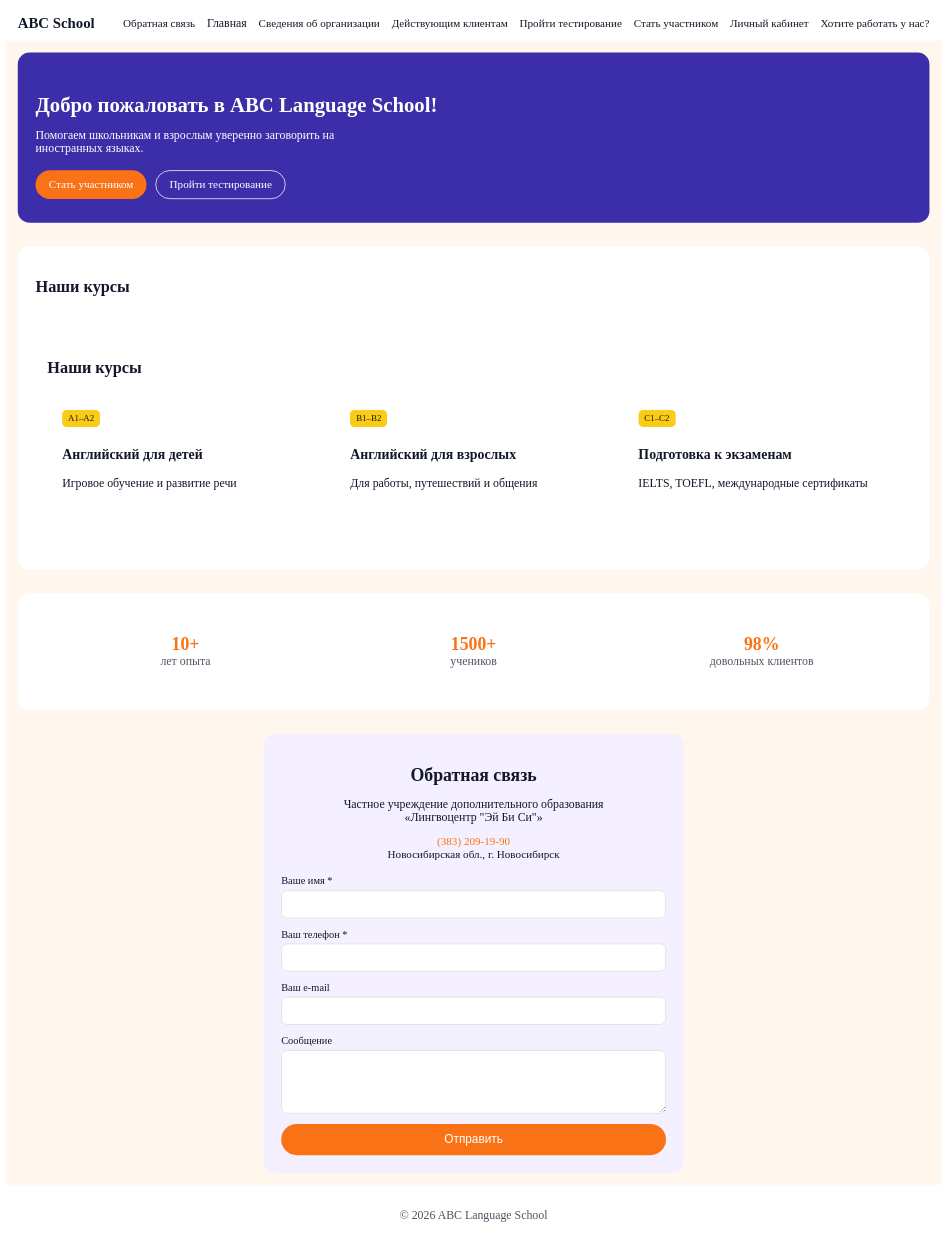
Repository: vidergooold/abc-language-school
Page: / (app in frontend/)
An editor plug-in stored every save of this project. The page is shown before and after the next save, followed by the edit.
The browser window is 1280 px wide. The pictures show the whole page, at 74% of full size.
The project was rebuilt for these pictures with package versions that can differ from the ones it lists, and the page was loaded fresh each time. Also part of the build but not shown: frontend/vite.config.ts, frontend/src/components/courses/CoursesFilter.vue, frontend/src/components/courses/CourseCard.vue, frontend/src/components/courses/CoursesGrid.vue, frontend/src/pages/Courses.vue, frontend/src/pages/Login.vue, frontend/src/pages/Register.vue, frontend/src/components/layout/AccountLayout.vue and 2 more.

Above is the page before, as saved 2026-01-10 19:23:21.

### frontend/src/main.ts
import { createApp } from 'vue'
import App from './App.vue'
import router from './router'
import './styles/theme.css'

import { createPinia } from 'pinia'

const pinia = createPinia()

createApp(App)
  .use(router)
  .use(pinia)
  .mount('#app')

### frontend/src/App.vue
<template>
  <div class="app">
    <Header />
    <main class="app-main">
      <router-view />
    </main>
    <Footer />
    <ScrollToTop />
  </div>
</template>

<script setup lang="ts">
import Header from './components/layout/Header.vue'
import Footer from './components/layout/Footer.vue'
import ScrollToTop from './components/ui/ScrollToTop.vue'
</script>

<style scoped>
.app {
  min-height: 100vh;
  display: flex;
  flex-direction: column;
  background: var(--bg-main);
  color: var(--text-main);
  font-size: var(--font-size-base);
}

.app-main {
  flex: 1;
  padding: 16px;
}
</style>

### frontend/src/router/index.ts
import { createRouter, createWebHistory } from 'vue-router'

import Home from '@/pages/Home.vue'
import Courses from '@/pages/Courses.vue'
import Login from '@/pages/Login.vue'
import Register from '@/pages/Register.vue'

import AccountLayout from '@/components/layout/AccountLayout.vue'
import Profile from '@/pages/account/Profile.vue'

import { useAuthStore } from '@/stores/auth'

const router = createRouter({
  history: createWebHistory(),
  routes: [
    { path: '/', component: Home },

    // заглушка: можно временно показывать Home
    { path: '/organization', component: Home },
    { path: '/clients', component: Home },
    { path: '/testing', component: Home },
    { path: '/enroll', component: Courses }, // «Стать участником» → к курсам/анкетам
    { path: '/jobs', component: Home },

    { path: '/courses', component: Courses },
    { path: '/login', component: Login },
    { path: '/register', component: Register },

    {
      path: '/account',
      component: AccountLayout,
      meta: { requiresAuth: true },
      children: [
        {
          path: '',
          component: Profile,
        },
      ],
    },
  ],
})

router.beforeEach((to) => {
  const auth = useAuthStore()
  if (to.meta.requiresAuth && !auth.token) {
    return '/login'
  }
})

export default router

### frontend/src/styles/theme.css
:root {
  /* Brand */
  --brand-orange: #F97316;
  --brand-red: #EF4444;
  --brand-yellow: #FACC15;
  --font-size-base: 16px;
  --font-size-title: 28px;

  /* Backgrounds */
  --bg-main: #FFF7ED;
  --bg-white: #ffffff;

  /* Text */
  --text-main: #111827;
  --text-secondary: #4B5563;

  /* UI */
  --border-radius: 12px;
  --transition: 0.2s ease-in-out;
}

### frontend/src/components/layout/Header.vue
<template>
  <header class="header">
    <div class="logo">ABC School</div>

    <nav class="nav">
      <RouterLink to="/#feedback" class="nav-item">
        Обратная связь
      </RouterLink>
      <RouterLink to="/">Главная</RouterLink>

      <!-- Сведения об образовательной организации -->
      <div class="nav-item nav-dropdown">
        <span>Сведения об организации</span>
        <div class="nav-dropdown__menu">
          <RouterLink to="/organization#main">Основные сведения</RouterLink>
          <RouterLink to="/organization#structure">
            Структура и управление
          </RouterLink>
          <RouterLink to="/organization#docs">Документы</RouterLink>
          <RouterLink to="/organization#education">Образование</RouterLink>
          <RouterLink to="/organization#staff">Педагогический состав</RouterLink>
          <RouterLink to="/organization#services">
            Платные образовательные услуги
          </RouterLink>
          <RouterLink to="/organization#finance">
            Финансово-хозяйственная деятельность
          </RouterLink>
        </div>
      </div>

      <!-- Действующим клиентам -->
      <div class="nav-item nav-dropdown">
        <span>Действующим клиентам</span>
        <div class="nav-dropdown__menu">
          <RouterLink to="/clients#important">Важная информация</RouterLink>
          <RouterLink to="/clients#holidays">
            Каникулы и выходные дни
          </RouterLink>
          <RouterLink to="/clients#payment">
            Оплата, перерасчет, возврат
          </RouterLink>
          <RouterLink to="/clients#tax">
            Налоговый вычет
          </RouterLink>
        </div>
      </div>

      <!-- Пройти тестирование -->
      <div class="nav-item nav-dropdown">
        <span>Пройти тестирование</span>
        <div class="nav-dropdown__menu">
          <RouterLink to="/testing#1-5">1–5 классы</RouterLink>
          <RouterLink to="/testing#6-8">6–8 классы</RouterLink>
          <RouterLink to="/testing#9-11">
            9–11 классы, взрослые
          </RouterLink>
        </div>
      </div>

      <!-- Стать участником -->
      <div class="nav-item nav-dropdown">
        <span>Стать участником</span>
        <div class="nav-dropdown__menu">
          <RouterLink to="/enroll#child">Анкета школьника</RouterLink>
          <RouterLink to="/enroll#adult">Анкета взрослого</RouterLink>
          <RouterLink to="/enroll#preschool">
            Анкета дошкольника
          </RouterLink>
        </div>
      </div>

      <!-- Личный кабинет -->
      <RouterLink to="/account" class="nav-item">
        Личный кабинет
      </RouterLink>

      <!-- Хотите работать у нас? -->
      <RouterLink to="/jobs" class="nav-item">
        Хотите работать у нас?
      </RouterLink>
    </nav>
  </header>
</template>

<script setup lang="ts">
import { RouterLink } from 'vue-router'
</script>

<style scoped>
.header {
  display: flex;
  justify-content: space-between;
  align-items: center;
  padding: 12px 16px;
  background: var(--bg-white);
}

.logo {
  font-weight: 700;
  font-size: 20px;
}

.nav {
  display: flex;
  gap: 16px;
  align-items: center;
}

.nav-item {
  position: relative;
  font-size: 15px;
  cursor: pointer;
  color: var(--text-main);
}

.nav a {
  text-decoration: none;
  color: var(--text-main);
}

/* Выпадающие меню */
.nav-dropdown:hover .nav-dropdown__menu {
  display: flex;
}

.nav-dropdown__menu {
  display: none;
  position: absolute;
  top: 120%;
  left: 0;
  flex-direction: column;
  background: var(--bg-white);
  padding: 8px 0;
  border-radius: 8px;
  box-shadow: 0 6px 18px rgba(0, 0, 0, 0.12);
  min-width: 220px;
  z-index: 10;
}

.nav-dropdown__menu a {
  padding: 6px 12px;
  white-space: nowrap;
  font-size: 14px;
}

.nav-dropdown__menu a:hover {
  background: #f3f4f6;
}
</style>

### frontend/src/components/layout/Footer.vue
<template>
  <footer class="footer">
    <p>© 2026 ABC Language School</p>
  </footer>
</template>

<style scoped>
.footer {
  padding: 16px;
  text-align: center;
  color: var(--text-secondary);
  background: var(--bg-white);
}
</style>

### frontend/src/components/ui/ScrollToTop.vue
<template>
  <button
    v-if="visible"
    class="scroll-top"
    @click="scrollToTop"
    aria-label="Наверх"
  >
    ↑
  </button>
</template>

<script setup lang="ts">
import { onMounted, onBeforeUnmount, ref } from 'vue'

const visible = ref(false)

function onScroll() {
  visible.value = window.scrollY > 300
}

function scrollToTop() {
  window.scrollTo({ top: 0, behavior: 'smooth' })
}

onMounted(() => {
  window.addEventListener('scroll', onScroll)
})

onBeforeUnmount(() => {
  window.removeEventListener('scroll', onScroll)
})
</script>

<style scoped>
.scroll-top {
  position: fixed;
  right: 16px;
  bottom: 24px;
  width: 40px;
  height: 40px;
  border-radius: 999px;
  border: none;
  background: var(--brand-orange);
  color: #fff;
  font-size: 22px;
  cursor: pointer;
  box-shadow: 0 4px 10px rgba(0, 0, 0, 0.2);
}
</style>

### frontend/src/pages/Home.vue
<template>
  <div class="home">
    <!-- Hero / основной блок -->
    <section class="hero">
      <div class="hero__content">
        <h1 class="hero__title">
          Добро пожаловать в ABC Language School!
        </h1>
        <p class="hero__text">
          Помогаем школьникам и взрослым уверенно заговорить
          на иностранных языках.
        </p>

        <div class="hero__actions">
          <RouterLink to="/enroll" class="btn btn-primary">
            Стать участником
          </RouterLink>
          <RouterLink to="/testing" class="btn btn-secondary">
            Пройти тестирование
          </RouterLink>
        </div>
      </div>
    </section>

    <!-- Превью курсов (можно оставить как было, если уже есть) -->
    <section class="section">
      <h2 class="section__title">Наши курсы</h2>
      <CoursesPreview />
    </section>

    <!-- Блок статистики/преимуществ (если есть) -->
    <section class="section">
      <StatsBlock />
    </section>

    <!-- Обратная связь -->
    <section id="feedback" class="section feedback-section">
      <FeedbackForm />
    </section>
  </div>
</template>

<script setup lang="ts">
import { RouterLink } from 'vue-router'
import CoursesPreview from '@/components/home/CoursesPreview.vue'
import StatsBlock from '@/components/home/StatsBlock.vue'
import FeedbackForm from '@/components/home/FeedbackForm.vue'
</script>

<style scoped>
.home {
  display: flex;
  flex-direction: column;
  gap: 32px;
}

.hero {
  background: #3b2ea8; /* фиолетовый блок, как на примере */
  color: #fff;
  border-radius: 16px;
  padding: 32px 24px;
}

.hero__title {
  font-size: 28px;
  font-weight: 700;
  margin-bottom: 12px;
}

.hero__text {
  font-size: 16px;
  margin-bottom: 20px;
  max-width: 480px;
}

.hero__actions {
  display: flex;
  flex-wrap: wrap;
  gap: 12px;
}

.btn {
  display: inline-flex;
  align-items: center;
  justify-content: center;
  padding: 10px 18px;
  border-radius: 999px;
  font-size: 15px;
  text-decoration: none;
  cursor: pointer;
}

.btn-primary {
  background: var(--brand-orange);
  color: #fff;
}

.btn-secondary {
  border: 1px solid #fff;
  color: #fff;
  background: transparent;
}

.section {
  background: var(--bg-white);
  border-radius: 16px;
  padding: 24px;
}

.section__title {
  font-size: 22px;
  margin-bottom: 16px;
}

.feedback-section {
  background: transparent;
  padding: 0;
}
</style>

### frontend/src/stores/auth.ts
import { defineStore } from 'pinia'
import http from '@/api/http'

export const useAuthStore = defineStore('auth', {
  state: () => ({
    token: localStorage.getItem('token') as string | null,
  }),

  actions: {
    async login(email: string, password: string) {
      const res = await http.post('/auth/login', { email, password })
      this.token = res.data.access_token
      localStorage.setItem('token', this.token!)
    },
    logout() {
      this.token = null
      localStorage.removeItem('token')
    },
  },
})

### frontend/src/components/home/CoursesPreview.vue
<template>
  <section class="courses">
    <h2 class="section-title">Наши курсы</h2>

    <div class="courses-grid">
      <div class="course-card">
        <span class="level">A1–A2</span>
        <h3>Английский для детей</h3>
        <p>Игровое обучение и развитие речи</p>
      </div>

      <div class="course-card">
        <span class="level">B1–B2</span>
        <h3>Английский для взрослых</h3>
        <p>Для работы, путешествий и общения</p>
      </div>

      <div class="course-card">
        <span class="level">C1–C2</span>
        <h3>Подготовка к экзаменам</h3>
        <p>IELTS, TOEFL, международные сертификаты</p>
      </div>
    </div>
  </section>
</template>

<style scoped>
.courses {
  padding: 48px 16px;
}

.section-title {
  font-size: 22px;
  margin-bottom: 24px;
}

.courses-grid {
  display: grid;
  grid-template-columns: 1fr;
  gap: 16px;
}

.course-card {
  background: var(--bg-white);
  padding: 20px;
  border-radius: var(--border-radius);
}

.course-card .level {
  display: inline-block;
  background: var(--brand-yellow);
  padding: 4px 8px;
  border-radius: 6px;
  font-size: 12px;
  margin-bottom: 8px;
}

@media (min-width: 768px) {
  .courses-grid {
    grid-template-columns: repeat(3, 1fr);
  }
}
</style>

### frontend/src/components/home/StatsBlock.vue
<template>
  <section class="stats">
    <div class="stats__item">
      <strong>10+</strong>
      <span>лет опыта</span>
    </div>

    <div class="stats__item">
      <strong>1500+</strong>
      <span>учеников</span>
    </div>

    <div class="stats__item">
      <strong>98%</strong>
      <span>довольных клиентов</span>
    </div>
  </section>
</template>

<style scoped>
.stats {
  display: grid;
  grid-template-columns: 1fr;
  gap: 16px;
  padding: 32px 16px;
  background: var(--bg-white);
}

.stats__item {
  text-align: center;
}

.stats__item strong {
  font-size: 24px;
  color: var(--brand-orange);
}

.stats__item span {
  display: block;
  color: var(--text-secondary);
}

@media (min-width: 768px) {
  .stats {
    grid-template-columns: repeat(3, 1fr);
  }
}
</style>

### frontend/src/components/home/FeedbackForm.vue
<template>
  <div class="feedback">
    <h2 class="feedback__title">Обратная связь</h2>

    <p class="feedback__org">
      Частное учреждение дополнительного образования<br />
      «Лингвоцентр &quot;Эй Би Си&quot;»
    </p>

    <p class="feedback__contact">
      <a href="tel:+73832091990">(383) 209-19-90</a><br />
      Новосибирская обл., г. Новосибирск
    </p>

    <form class="feedback__form" @submit.prevent="submit">
      <div class="field">
        <label>Ваше имя *</label>
        <input v-model="name" type="text" required />
      </div>

      <div class="field">
        <label>Ваш телефон *</label>
        <input v-model="phone" type="tel" required />
      </div>

      <div class="field">
        <label>Ваш e‑mail</label>
        <input v-model="email" type="email" />
      </div>

      <div class="field">
        <label>Сообщение</label>
        <textarea v-model="message" rows="4" />
      </div>

      <button class="submit-btn" type="submit">
        Отправить
      </button>
    </form>
  </div>
</template>

<script setup lang="ts">
import { ref } from 'vue'

const name = ref('')
const phone = ref('')
const email = ref('')
const message = ref('')

function submit() {
  // здесь позже можно добавить отправку на backend
  alert('Спасибо! Мы свяжемся с вами.')
}
</script>

<style scoped>
.feedback {
  max-width: 520px;
  margin: 0 auto;
  padding: 24px;
  background: #f5f0ff;
  border-radius: 16px;
}

.feedback__title {
  font-size: 24px;
  margin-bottom: 12px;
  text-align: center;
}

.feedback__org {
  font-size: 16px;
  text-align: center;
  margin-bottom: 8px;
}

.feedback__contact {
  font-size: 15px;
  text-align: center;
  margin-bottom: 20px;
}

.feedback__contact a {
  color: var(--brand-orange);
  text-decoration: none;
}

.feedback__form .field {
  display: flex;
  flex-direction: column;
  margin-bottom: 14px;
}

.feedback__form label {
  font-size: 14px;
  margin-bottom: 4px;
}

.feedback__form input,
.feedback__form textarea {
  padding: 10px;
  border-radius: 8px;
  border: 1px solid #ddd;
  font-size: 14px;
}

.submit-btn {
  width: 100%;
  padding: 12px;
  border-radius: 999px;
  border: none;
  background: var(--brand-orange);
  color: #fff;
  font-size: 16px;
  cursor: pointer;
}
</style>

### frontend/src/api/http.ts
import axios from 'axios'
import { useAuthStore } from '@/stores/auth'

const http = axios.create({
  baseURL: 'http://localhost:8000/api/v1',
  headers: {
    'Content-Type': 'application/json',
  },
})

// автоматически добавляем JWT, если есть
http.interceptors.request.use((config) => {
  const authStore = useAuthStore()
  if (authStore.token) {
    config.headers = config.headers || {}
    config.headers.Authorization = `Bearer ${authStore.token}`
  }
  return config
})

export default http

Loaded but not shown: frontend/index.html (common file)

After the next save:
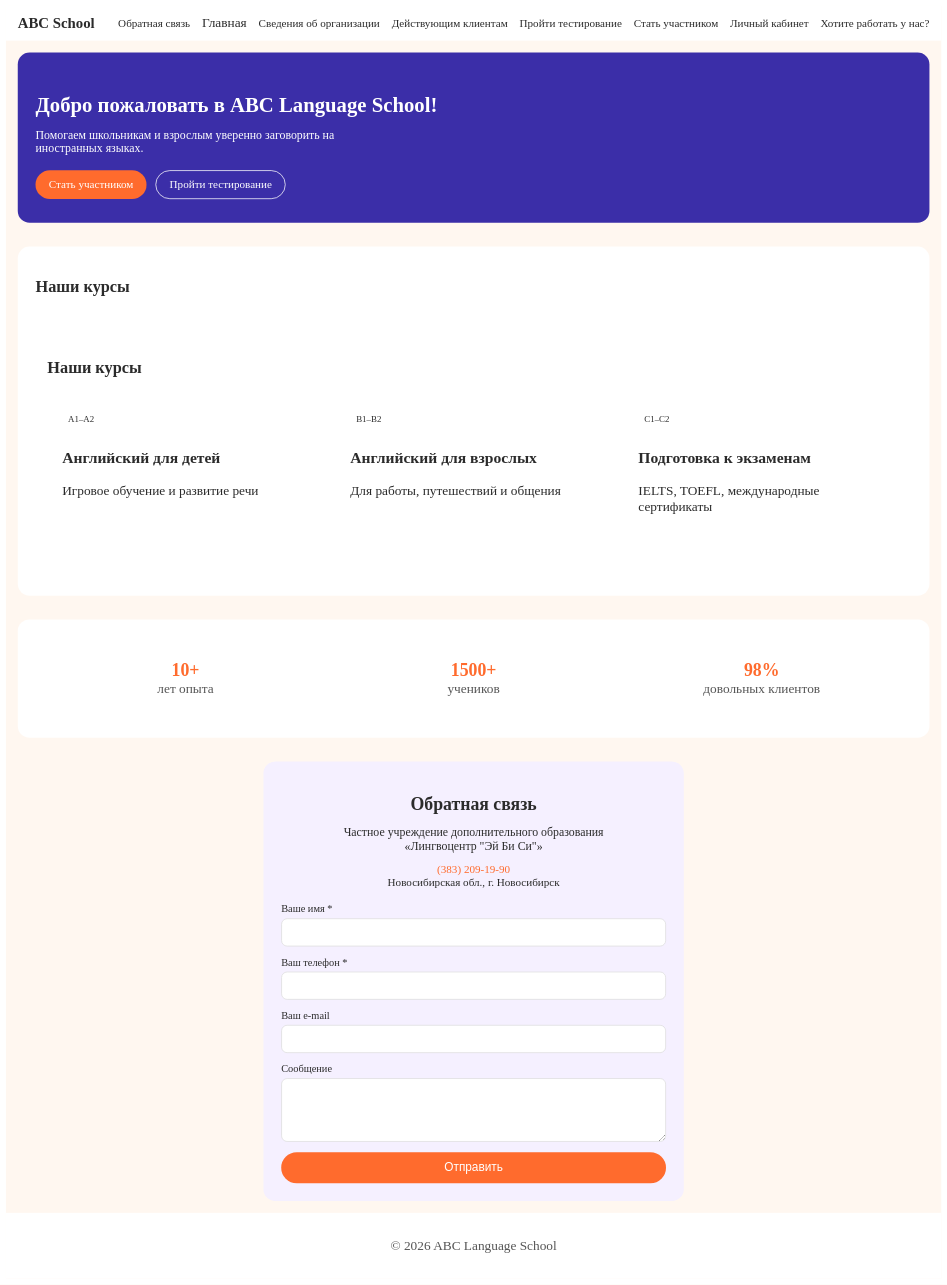
Saved 107 min 58 s later.
--- a/frontend/src/styles/theme.css
+++ b/frontend/src/styles/theme.css
@@ -1,20 +1,20 @@
 :root {
-  /* Brand */
-  --brand-orange: #F97316;
-  --brand-red: #EF4444;
-  --brand-yellow: #FACC15;
-  --font-size-base: 16px;
-  --font-size-title: 28px;
+  /* Цвета */
+  --bg-main: #fff7f0; /* тёплый фон страницы */
+  --bg-white: #ffffff;
+  --brand-orange: #ff6b2d; /* яркий оранжевый */
+  --brand-red: #e53935;    /* акцентный красный */
+  --brand-purple: #3b2ea8; /* фиолетовый */
 
-  /* Backgrounds */
-  --bg-main: #FFF7ED;
-  --bg-white: #ffffff;
+  --text-main: #2b2b2b;
+  --text-secondary: #555555;
 
-  /* Text */
-  --text-main: #111827;
-  --text-secondary: #4B5563;
+  /* Типографика */
+  --font-size-base: 18px;
+  --font-size-h1: 32px;
+  --font-size-h2: 26px;
+  --font-size-h3: 20px;
 
-  /* UI */
-  --border-radius: 12px;
-  --transition: 0.2s ease-in-out;
+  /* Прочее */
+  --border-radius: 16px;
 }
